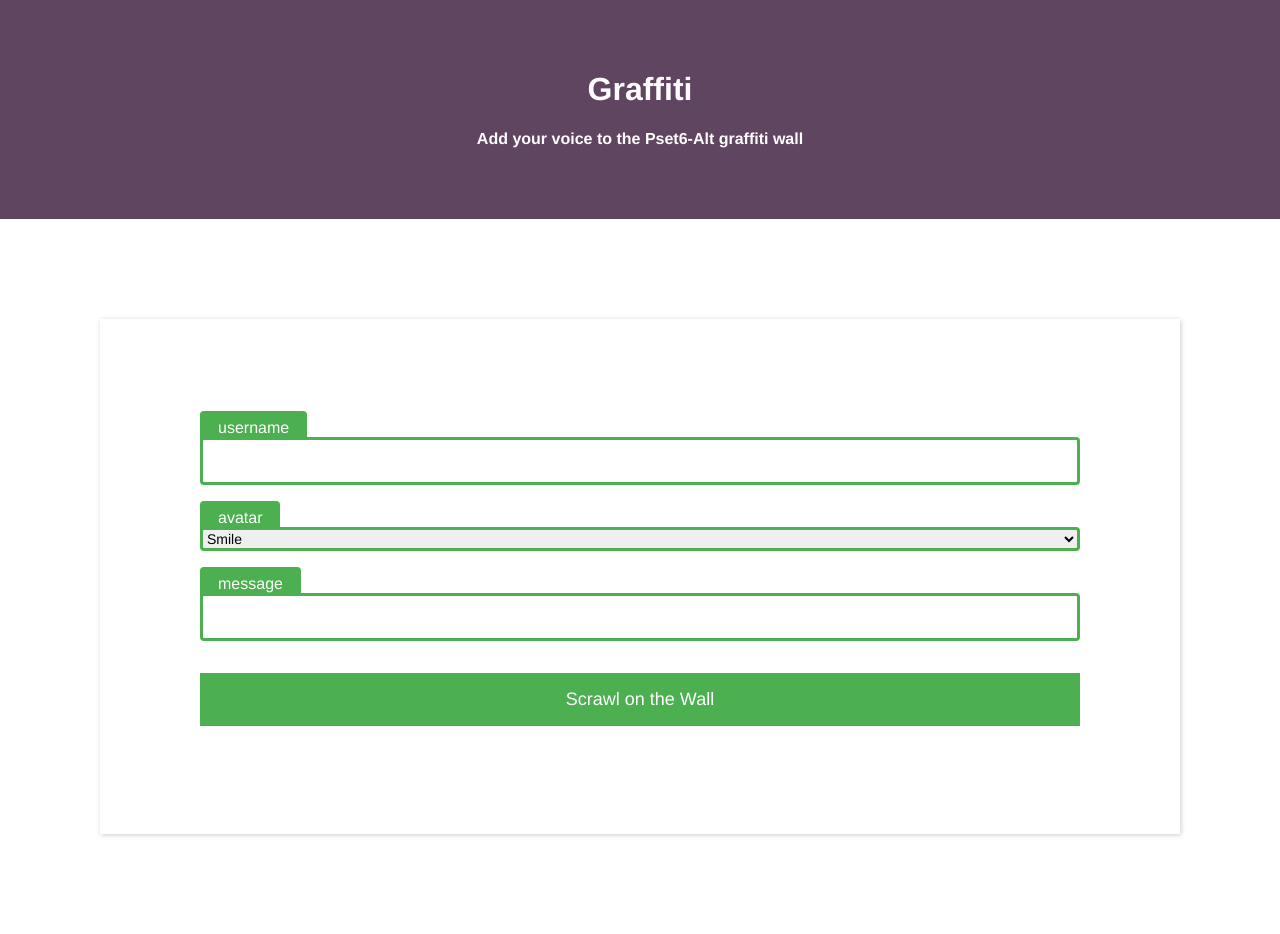
Repository: egniebauer/cs50x-LaunchCode
Page: pset-graffitiwall/graffiti.html
The author's editor kept a record of every edit. The page is drawn from the files as they stood at one moment, then again after the next edit.
The browser window is 1280 px wide. The pictures show the whole page.
Some web libraries are served in a nearby version.

Above is the page before.

After the next edit:
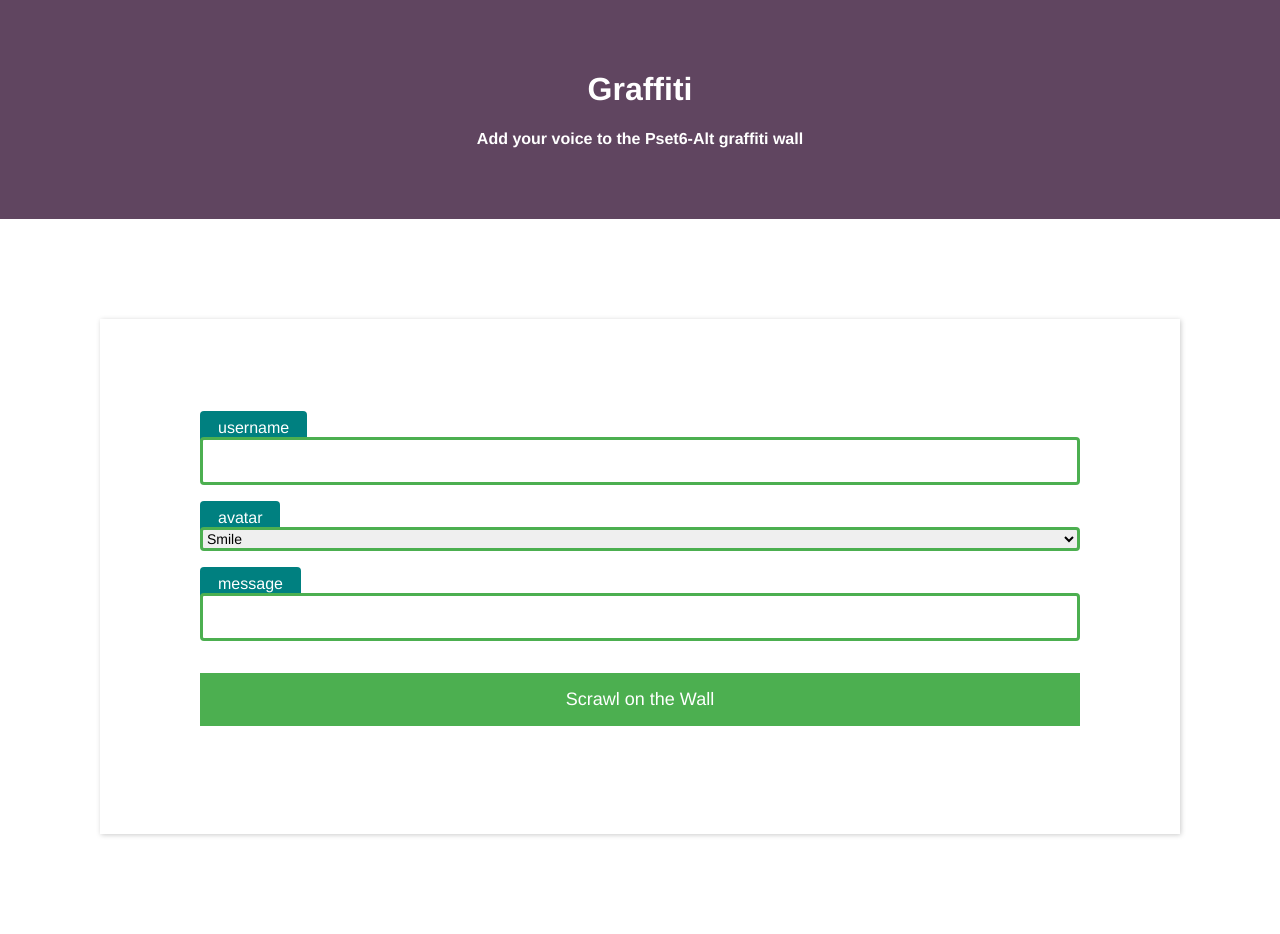
The edit:
--- a/pset-graffitiwall/styles.css
+++ b/pset-graffitiwall/styles.css
@@ -60,7 +60,7 @@
 }
 
 label {
-    background-color: #4CAF50;
+    background-color: teal;
     border: none;
     color: white;
     padding: 8px 18px;
